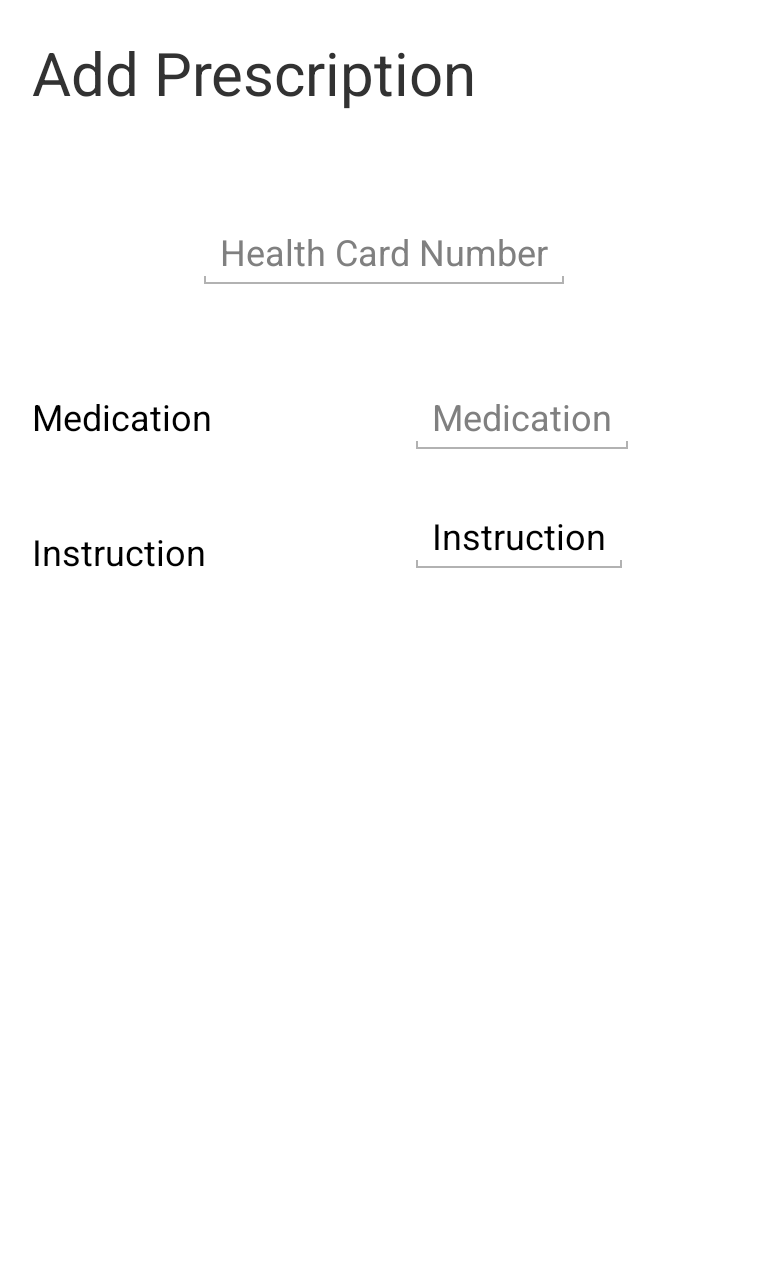
Repository: wangyuan0915/ER
Layout: workspace2/phase3/res/layout/activity_add_prescription.xml
These files come from the project's save history. The layout is drawn as it stood at one moment and after the next save; the edit follows.
It is drawn on a 768 x 1280 px phone screen (xhdpi) without system bars, with theme AppTheme; the app's code is not run.

Above is the layout before, as saved 2013-11-24 20:44:30.

After the next save:
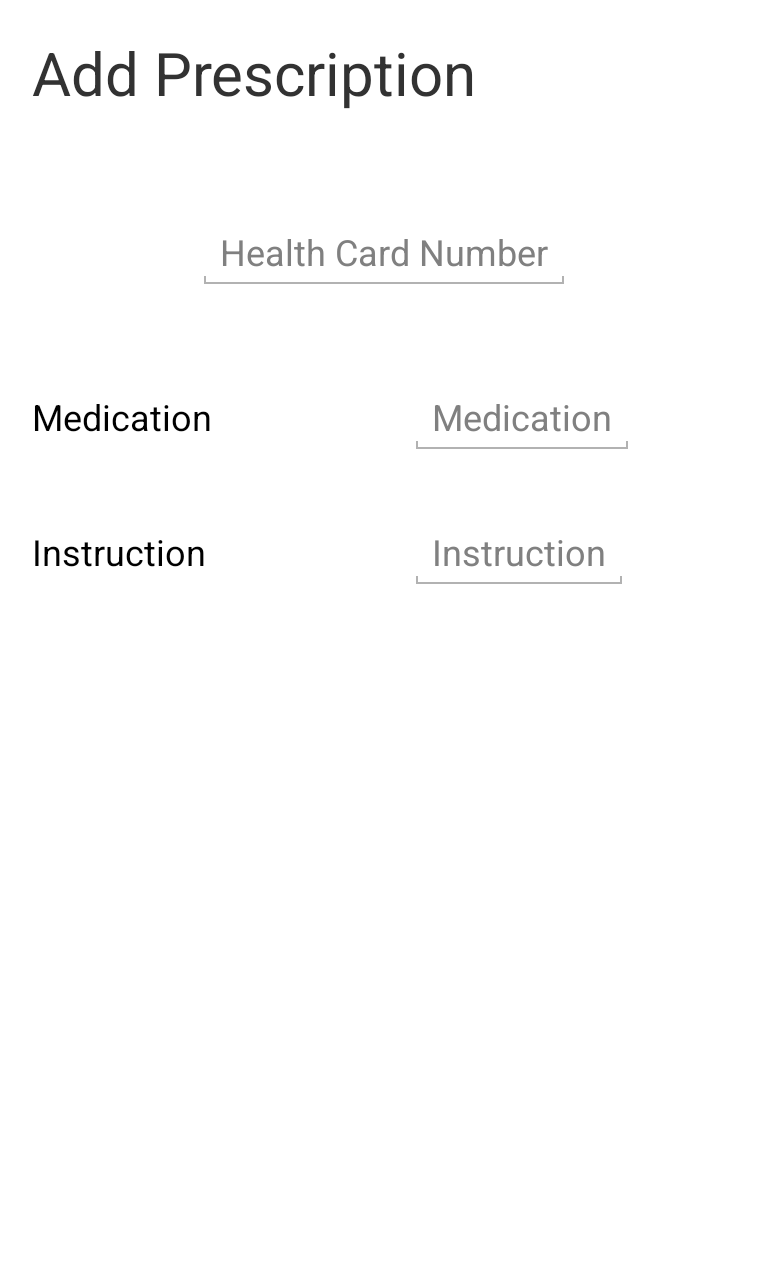
Saved 57 s later.
--- a/workspace2/phase3/res/layout/activity_add_prescription.xml
+++ b/workspace2/phase3/res/layout/activity_add_prescription.xml
@@ -60,9 +60,10 @@
         android:id="@+id/instruction1"
         android:layout_width="wrap_content"
         android:layout_height="wrap_content"
+        android:layout_alignBaseline="@+id/instruction"
         android:layout_alignBottom="@+id/instruction"
         android:layout_alignLeft="@+id/medication"
-        android:text="Instruction"
+        android:hint="@string/Instruction"
         android:textAppearance="?android:attr/textAppearanceMedium" />
 
 </RelativeLayout>
